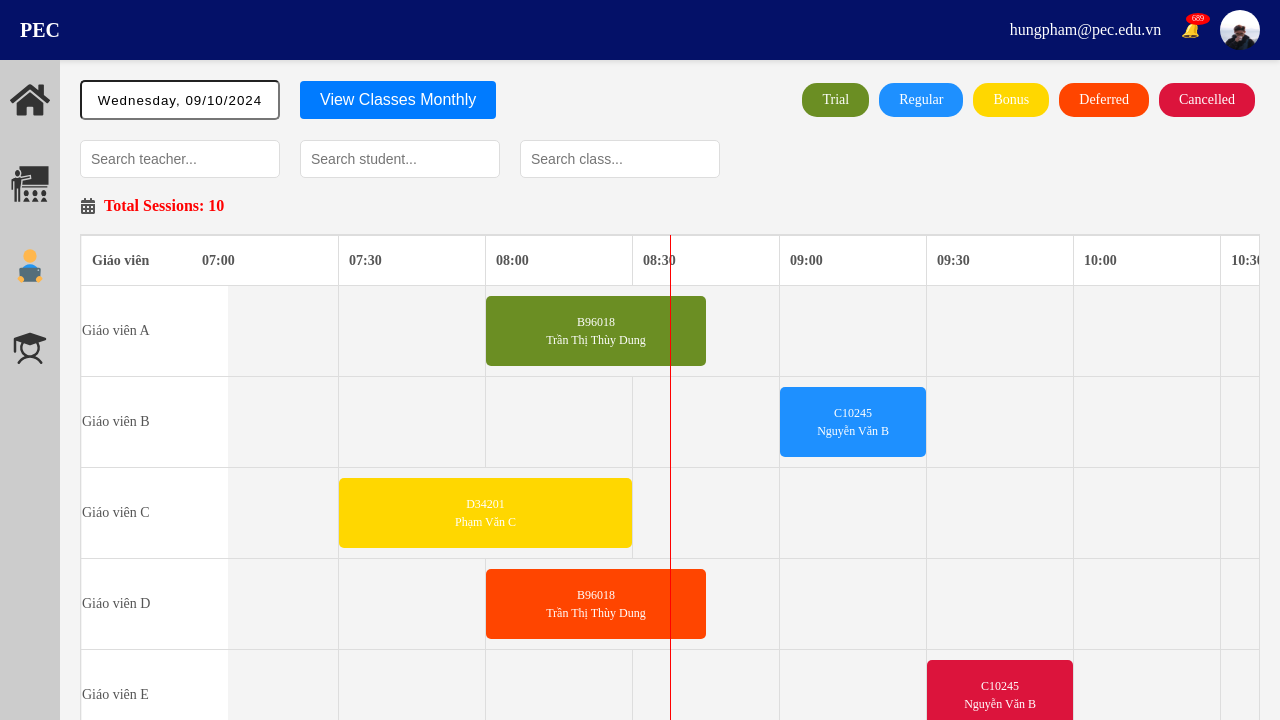
Repository: BitDanceLabels/Bumblebee_BDG
Page: /classes
The author's editor kept a copy of each file at every save. The page is drawn from the files as they stood at one save, then again after the next save.
The browser window is 1280 px wide. The pictures show the whole page.
An inner scrolling area shows only its first screen. The project was rebuilt for these pictures with package versions that can differ from the ones it lists, and the page was loaded fresh each time. Also part of the build but not shown: vite.config.js, src/components/Dashboard/ClassScheduleMonthly.jsx, src/components/modal/ClassBookingModal.jsx, src/components/modal/ClassUpdateBookingModal.jsx, src/components/Management/Booking.jsx, src/components/modal/CreateStudentModal.jsx, src/components/modal/DeactiveModal.jsx, src/components/Student/ListOfStudent.jsx and 23 more. Imported but missing from the stored project, and not drawn on this page: src/MainApp.

Above is the page before, as saved 2024-10-09 14:20:51.

### index.html
<!DOCTYPE html>
<html lang="en">
  <head>
    <meta charset="UTF-8" />
    <link rel="icon" type="image/png" href="./src/assets/main_logo.png" />
    <meta name="viewport" content="width=device-width, initial-scale=1.0" />
    <title>Power English CRM</title>
  </head>
  <body>
    <div id="root"></div>
    <script type="module" src="/src/main.jsx"></script>
  </body>
</html>

### src/main.jsx
import { StrictMode } from 'react'
import { createRoot } from 'react-dom/client'
import MainApp from './pages/MainApp.jsx'
import App from './App.jsx'
import './index.css'

createRoot(document.getElementById('root')).render(
  <StrictMode>
    <MainApp />
  </StrictMode>
)

### src/pages/MainApp.jsx
import React, { useState } from 'react'
import Header from '../components/General/Header'
import Navbar from '../components/General/Navbar'
import ScheduleComponent from '../components/Dashboard/ScheduleComponent'
import ClassScheduleMonthly from '../components/Dashboard/ClassScheduleMonthly'
import Booking from '../components/Management/Booking'
import ListOfStudent from '../components/Student/ListOfStudent'
import ListOfTeacher from '../components/Teacher/ListOfTeacher'
import { BrowserRouter as Router, Route, Routes } from 'react-router-dom'
import styled from 'styled-components'
import TeacherTabs from '../components/Teacher/TeacherTabs'
import StudentProfile from '../components/Student/StudentProfile'
import TeacherRegisterTimeTable from '../components/Teacher/TeacherRegisterTimeTable'
import TeacherTimeTable from '../components/Teacher/TeacherTimeTable'
import CourseInfo from '../components/Student/CourseInfo'
import TicketTabs from '../components/Management/TicketTabs'
import Users from '../components/Management/Users'

function MainApp() {
  const [isHovered, setIsHovered] = useState(false)

  return (
    <Router>
      <MainAppWrapper>
        <HeaderWrapper>
          <Header />
        </HeaderWrapper>
        <div className="main-layout">
          {/* Truyền setIsHovered để cập nhật trạng thái */}
          <NavbarWrapper
            onMouseEnter={() => setIsHovered(true)}
            onMouseLeave={() => setIsHovered(false)}
            isHovered={isHovered}
          >
            {/* Truyền trạng thái isHovered vào Navbar */}
            <Navbar isHovered={isHovered} />
          </NavbarWrapper>
          <ContentWrapper isHovered={isHovered}>
            <Routes>
              <Route path="/classes" element={<ScheduleComponent />} />
              <Route
                path="/class-schedule"
                element={<ClassScheduleMonthly />}
              />
              <Route path="/booking" element={<Booking />} />
              <Route path="/students" element={<ListOfStudent />} />
              <Route path="/teacher" element={<ListOfTeacher />} />
              <Route path="/teacher-profile" element={<TeacherTabs />} />
              <Route path="/student-profile" element={<StudentProfile />} />
              <Route path="/teacher-timetable" element={<TeacherTimeTable />} />
              <Route path="/course-info" element={<CourseInfo />} />
              <Route path="/ticket" element={<TicketTabs />} />
              <Route path="/users" element={<Users />} />
              <Route
                path="/teacher-register"
                element={<TeacherRegisterTimeTable />}
              />
              {/* Add more routes as needed */}
            </Routes>
          </ContentWrapper>
        </div>
      </MainAppWrapper>
    </Router>
  )
}

const MainAppWrapper = styled.main`
  width: 100%;
  display: flex;
  flex-direction: column;
  height: 100vh;

  .main-layout {
    display: flex;
    flex-grow: 1;
  }
`

const HeaderWrapper = styled.header`
  position: fixed;
  top: 0;
  width: 100%;
  z-index: 1000;
  background-color: white;
  box-shadow: 0 2px 5px rgba(0, 0, 0, 0.1);
`

const NavbarWrapper = styled.nav`
  position: fixed;
  top: 60px;
  left: 0;
  height: calc(100vh - 60px);
  width: ${({ isHovered }) => (isHovered ? '250px' : '60px')};
  background-color: #ccc;
  color: white;
  z-index: 1000;
  overflow-y: auto;
  overflow-x: hidden;
  transition: width 0.4s ease, transform 0.4s ease;

  &:hover {
    transform: translateX(0);
  }
`

const ContentWrapper = styled.div`
  margin-top: 60px;
  margin-left: ${({ isHovered }) =>
    isHovered ? '250px' : '60px'}; /* Thay đổi margin khi hover */
  padding: 20px;
  flex-grow: 1;
  background-color: #f4f4f4;
  min-height: 100%;
  overflow-y: auto;
  transition: margin-left 0.4s ease;
`

export default MainApp

### src/components/Dashboard/ScheduleStyle.jsx
import styled from 'styled-components'

// Wrapper for entire component
export const WrapperAll = styled.div`
  width: 100%;
`

// Container for the table
export const TableContainer = styled.div`
  width: 100%;
  max-width: 100vw;
  height: 500px;
  overflow-x: auto;
  overflow-y: auto;
  border: 1px solid #ddd;
  position: relative;
`

export const RedLine = styled.div`
  position: absolute;
  top: 0;
  height: 100%;
  width: 1.2px;
  background-color: red;
  z-index: 1000;
  transition: left 1s linear;
`

export const Table = styled.table`
  width: 5000px;
  border-collapse: collapse;
  table-layout: fixed;
  font-size: 14px;
`

export const TableHeader = styled.th`
  height: 50px;
  position: sticky;
  top: 0;
  background: #f4f4f4;
  padding: 10px;
  border: 1px solid #ddd;
  white-space: nowrap;
  text-align: left;
  z-index: 1;
`

export const StickyTableHeader = styled(TableHeader)`
  left: 0;
  z-index: 3;
  background: white;
`

export const StickyTableCell = styled.td`
  position: sticky;
  left: 0;
  background: white;
  z-index: 2;
  border: 1px solid #ddd;
  white-space: nowrap;
  text-align: left;
  height: 50px;
`

export const TableCell = styled.td`
  height: 70px;
  padding: 10px;
  text-align: left;
  border: 1px solid #ddd;
  white-space: nowrap;
  padding: 10px 0px;
`

export const ClassInfo = styled.div`
  background-color: ${(props) => props.color || '#ddd'};
  color: white;
  padding: 5px;
  border-radius: 5px;
  font-size: 12px;
  text-align: center;
  width: ${(props) =>
    props.colSpanFraction ? `${props.colSpanFraction * 100}%` : '100%'};
  overflow: hidden;
  height: 70px;
  display: flex;
  flex-direction: column;
  justify-content: center;
  align-items: center;
  line-height: 1.5;
`

export const StatusLabel = styled.div`
  display: inline-block;
  background-color: ${(props) => props.color || '#ddd'};
  color: white;
  padding: 10px 20px;
  margin: 0 5px;
  border-radius: 15px;
  font-size: 14px;
`

export const HeaderWrapper = styled.div`
  display: flex;
  justify-content: space-between;
  align-items: center;
  margin-bottom: 20px;
`

export const CustomDatePickerWrapper = styled.div`
  .react-datepicker-wrapper {
    z-index: 1;
  }

  .react-datepicker-popper {
    z-index: 1001;
  }
  .date-picker {
    text-align: center;
    height: 40px;
    border-radius: 5px;
    letter-spacing: 1px;
    width: 200px;
    cursor: pointer;
  }

  .react-datepicker {
    font-size: 12px;
  }

  .react-datepicker__header {
    font-size: 12px;
  }

  .react-datepicker__day,
  .react-datepicker__day-name {
    width: 32px;
    height: 32px;
    line-height: 32px;
  }
`

export const ViewButton = styled.button`
  padding: 10px 20px;
  margin: 0 20px;
  background-color: #007bff;
  color: white;
  border: none;
  border-radius: 4px;
  cursor: pointer;
  font-size: 16px;
  &:hover {
    background-color: #0056b3;
  }
`

### src/shared/functions.jsx
// utils.js

// Generate time slots for the schedule
export const generateTimeslots = (startTime, endTime, step) => {
  const timeslots = []
  let currentHour = startTime
  let currentMinute = 0

  while (
    currentHour < endTime ||
    (currentHour === endTime && currentMinute === 0)
  ) {
    const hour = currentHour.toString().padStart(2, '0')
    const minute = currentMinute.toString().padStart(2, '0')
    timeslots.push(`${hour}:${minute}`)

    currentMinute += step
    if (currentMinute >= 60) {
      currentMinute = 0
      currentHour++
    }
  }
  return timeslots
}

// Calculate the colspan based on class duration
export const calculateColSpan = (duration) => {
  const timeslotDuration = 30
  return duration / timeslotDuration
}

// Map class type to color
export const getClassColor = (type) => {
  switch (type) {
    case 1:
      return '#6b8e23' // Trial
    case 2:
      return '#1e90ff' // Regular
    case 3:
      return '#ffd700' // Bonus
    case 4:
      return '#ff4500' // Deferred
    case 5:
      return '#dc143c' // Cancelled
    default:
      return '#ddd' // Default color
  }
}

// Calculate the current time position for the red line
export const calculateCurrentTimePosition = () => {
  const currentTime = new Date()
  const currentHours = currentTime.getHours()
  const currentMinutes = currentTime.getMinutes()

  const currentTotalMinutes = currentHours * 60 + currentMinutes
  const startTime = 7 * 60 // 07:00
  const endTime = 23 * 60 + 30 // 23:30

  if (currentTotalMinutes < startTime || currentTotalMinutes > endTime) {
    return null
  }

  const totalTableMinutes = endTime - startTime
  const timePassedMinutes = currentTotalMinutes - startTime
  const positionPercent = ((timePassedMinutes + 10) / totalTableMinutes) * 100

  return positionPercent
}

export const teachers = [
  {
    name: 'Giáo viên A',
    schedule: {
      '08:00': {
        code: 'B96018',
        teacher: 'Trần Thị Thùy Dung',
        duration: 45,
        type: 1
      }
    }
  },
  {
    name: 'Giáo viên B',
    schedule: {
      '09:00': {
        code: 'C10245',
        teacher: 'Nguyễn Văn B',
        duration: 30,
        type: 2
      }
    }
  },
  {
    name: 'Giáo viên C',
    schedule: {
      '07:30': { code: 'D34201', teacher: 'Phạm Văn C', duration: 60, type: 3 },
      '11:30': { code: 'D34201', teacher: 'Phạm Văn C', duration: 60, type: 3 }
    }
  },
  {
    name: 'Giáo viên D',
    schedule: {
      '08:00': {
        code: 'B96018',
        teacher: 'Trần Thị Thùy Dung',
        duration: 45,
        type: 4
      }
    }
  },
  {
    name: 'Giáo viên E',
    schedule: {
      '09:30': {
        code: 'C10245',
        teacher: 'Nguyễn Văn B',
        duration: 30,
        type: 5
      }
    }
  },
  {
    name: 'Giáo viên F',
    schedule: {
      '10:30': { code: 'D34201', teacher: 'Phạm Văn C', duration: 60, type: 2 }
    }
  },
  {
    name: 'Giáo viên G',
    schedule: {
      '08:30': {
        code: 'B96018',
        teacher: 'Trần Thị Thùy Dung',
        duration: 45,
        type: 1
      }
    }
  },
  {
    name: 'Giáo viên H',
    schedule: {
      '10:00': {
        code: 'C10245',
        teacher: 'Nguyễn Văn B',
        duration: 30,
        type: 3
      }
    }
  },
  {
    name: 'Giáo viên J',
    schedule: {
      '07:30': { code: 'D34201', teacher: 'Phạm Văn C', duration: 60, type: 4 }
    }
  }
]

Loaded but not shown: src/components/Dashboard/ScheduleComponent.jsx (404 lines, source omitted); src/components/General/Navbar.jsx (235 lines, source omitted); src/components/General/Header.jsx (236 lines, source omitted); src/index.css (305 lines, source omitted)

After the next save:
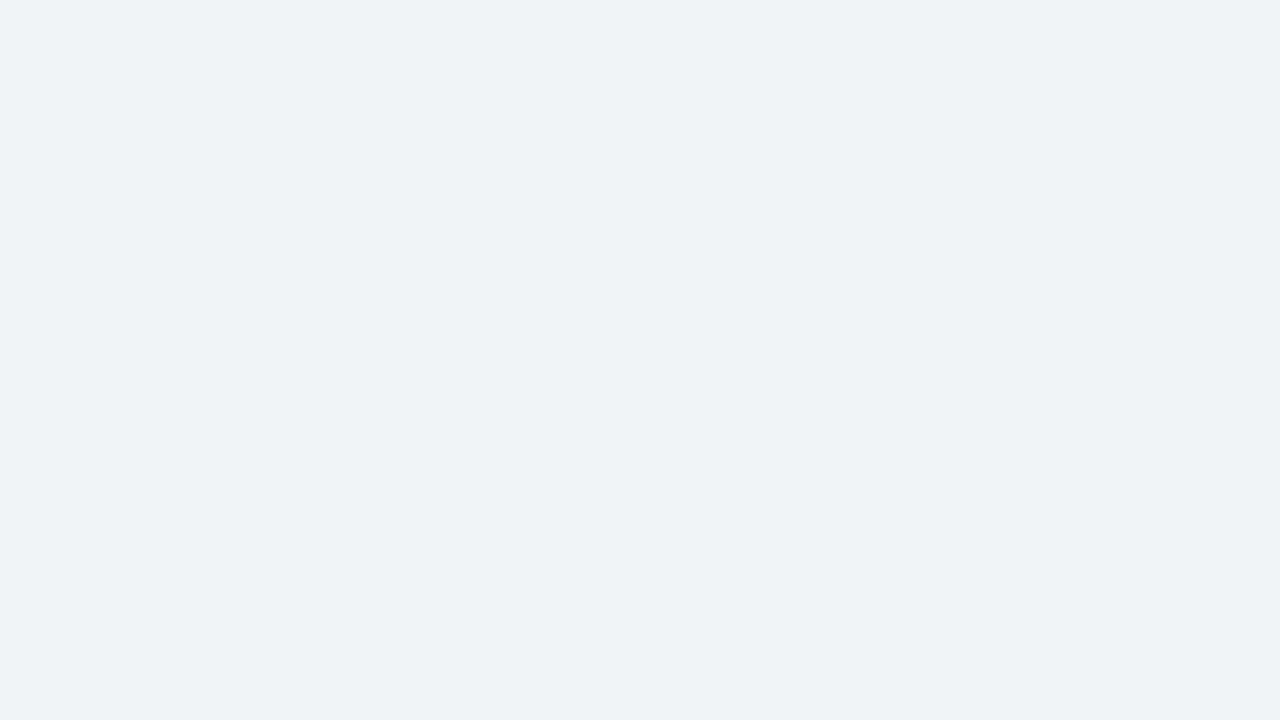
Console error: TypeError: Cannot destructure property 'basename' of 'React8.useContext(...)' as it is null.
Saved 16 s later.
--- a/src/pages/MainApp.jsx
+++ b/src/pages/MainApp.jsx
@@ -6,7 +6,7 @@
 import Booking from '../components/Management/Booking'
 import ListOfStudent from '../components/Student/ListOfStudent'
 import ListOfTeacher from '../components/Teacher/ListOfTeacher'
-import { BrowserRouter as Router, Route, Routes } from 'react-router-dom'
+import { Route, Routes } from 'react-router-dom'
 import styled from 'styled-components'
 import TeacherTabs from '../components/Teacher/TeacherTabs'
 import StudentProfile from '../components/Student/StudentProfile'
@@ -20,47 +20,40 @@
   const [isHovered, setIsHovered] = useState(false)
 
   return (
-    <Router>
-      <MainAppWrapper>
-        <HeaderWrapper>
-          <Header />
-        </HeaderWrapper>
-        <div className="main-layout">
-          {/* Truyền setIsHovered để cập nhật trạng thái */}
-          <NavbarWrapper
-            onMouseEnter={() => setIsHovered(true)}
-            onMouseLeave={() => setIsHovered(false)}
-            isHovered={isHovered}
-          >
-            {/* Truyền trạng thái isHovered vào Navbar */}
-            <Navbar isHovered={isHovered} />
-          </NavbarWrapper>
-          <ContentWrapper isHovered={isHovered}>
-            <Routes>
-              <Route path="/classes" element={<ScheduleComponent />} />
-              <Route
-                path="/class-schedule"
-                element={<ClassScheduleMonthly />}
-              />
-              <Route path="/booking" element={<Booking />} />
-              <Route path="/students" element={<ListOfStudent />} />
-              <Route path="/teacher" element={<ListOfTeacher />} />
-              <Route path="/teacher-profile" element={<TeacherTabs />} />
-              <Route path="/student-profile" element={<StudentProfile />} />
-              <Route path="/teacher-timetable" element={<TeacherTimeTable />} />
-              <Route path="/course-info" element={<CourseInfo />} />
-              <Route path="/ticket" element={<TicketTabs />} />
-              <Route path="/users" element={<Users />} />
-              <Route
-                path="/teacher-register"
-                element={<TeacherRegisterTimeTable />}
-              />
-              {/* Add more routes as needed */}
-            </Routes>
-          </ContentWrapper>
-        </div>
-      </MainAppWrapper>
-    </Router>
+    <MainAppWrapper>
+      <HeaderWrapper>
+        <Header />
+      </HeaderWrapper>
+      <div className="main-layout">
+        <NavbarWrapper
+          onMouseEnter={() => setIsHovered(true)}
+          onMouseLeave={() => setIsHovered(false)}
+          isHovered={isHovered}
+        >
+          <Navbar isHovered={isHovered} />
+        </NavbarWrapper>
+        <ContentWrapper isHovered={isHovered}>
+          <Routes>
+            <Route path="/classes" element={<ScheduleComponent />} />
+            <Route path="/class-schedule" element={<ClassScheduleMonthly />} />
+            <Route path="/booking" element={<Booking />} />
+            <Route path="/students" element={<ListOfStudent />} />
+            <Route path="/teacher" element={<ListOfTeacher />} />
+            <Route path="/teacher-profile" element={<TeacherTabs />} />
+            <Route path="/student-profile" element={<StudentProfile />} />
+            <Route path="/teacher-timetable" element={<TeacherTimeTable />} />
+            <Route path="/course-info" element={<CourseInfo />} />
+            <Route path="/ticket" element={<TicketTabs />} />
+            <Route path="/users" element={<Users />} />
+            <Route
+              path="/teacher-register"
+              element={<TeacherRegisterTimeTable />}
+            />
+            {/* Add more routes as needed */}
+          </Routes>
+        </ContentWrapper>
+      </div>
+    </MainAppWrapper>
   )
 }
 

After the save that followed:
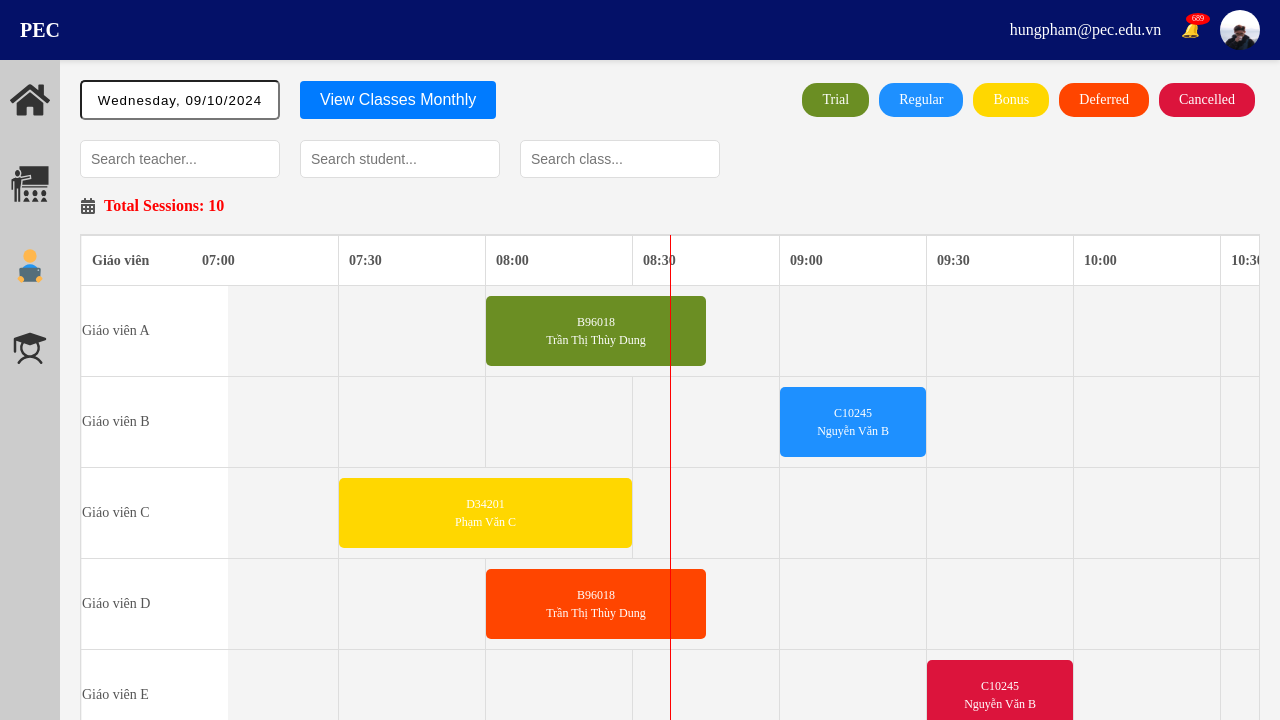
The error is gone.
Saved 3 min 29 s later.
--- a/src/pages/MainApp.jsx
+++ b/src/pages/MainApp.jsx
@@ -6,7 +6,7 @@
 import Booking from '../components/Management/Booking'
 import ListOfStudent from '../components/Student/ListOfStudent'
 import ListOfTeacher from '../components/Teacher/ListOfTeacher'
-import { Route, Routes } from 'react-router-dom'
+import { BrowserRouter as Router, Route, Routes } from 'react-router-dom'
 import styled from 'styled-components'
 import TeacherTabs from '../components/Teacher/TeacherTabs'
 import StudentProfile from '../components/Student/StudentProfile'
@@ -20,40 +20,47 @@
   const [isHovered, setIsHovered] = useState(false)
 
   return (
-    <MainAppWrapper>
-      <HeaderWrapper>
-        <Header />
-      </HeaderWrapper>
-      <div className="main-layout">
-        <NavbarWrapper
-          onMouseEnter={() => setIsHovered(true)}
-          onMouseLeave={() => setIsHovered(false)}
-          isHovered={isHovered}
-        >
-          <Navbar isHovered={isHovered} />
-        </NavbarWrapper>
-        <ContentWrapper isHovered={isHovered}>
-          <Routes>
-            <Route path="/classes" element={<ScheduleComponent />} />
-            <Route path="/class-schedule" element={<ClassScheduleMonthly />} />
-            <Route path="/booking" element={<Booking />} />
-            <Route path="/students" element={<ListOfStudent />} />
-            <Route path="/teacher" element={<ListOfTeacher />} />
-            <Route path="/teacher-profile" element={<TeacherTabs />} />
-            <Route path="/student-profile" element={<StudentProfile />} />
-            <Route path="/teacher-timetable" element={<TeacherTimeTable />} />
-            <Route path="/course-info" element={<CourseInfo />} />
-            <Route path="/ticket" element={<TicketTabs />} />
-            <Route path="/users" element={<Users />} />
-            <Route
-              path="/teacher-register"
-              element={<TeacherRegisterTimeTable />}
-            />
-            {/* Add more routes as needed */}
-          </Routes>
-        </ContentWrapper>
-      </div>
-    </MainAppWrapper>
+    <Router>
+      <MainAppWrapper>
+        <HeaderWrapper>
+          <Header />
+        </HeaderWrapper>
+        <div className="main-layout">
+          {/* Truyền setIsHovered để cập nhật trạng thái */}
+          <NavbarWrapper
+            onMouseEnter={() => setIsHovered(true)}
+            onMouseLeave={() => setIsHovered(false)}
+            isHovered={isHovered}
+          >
+            {/* Truyền trạng thái isHovered vào Navbar */}
+            <Navbar isHovered={isHovered} />
+          </NavbarWrapper>
+          <ContentWrapper isHovered={isHovered}>
+            <Routes>
+              <Route path="/classes" element={<ScheduleComponent />} />
+              <Route
+                path="/class-schedule"
+                element={<ClassScheduleMonthly />}
+              />
+              <Route path="/booking" element={<Booking />} />
+              <Route path="/students" element={<ListOfStudent />} />
+              <Route path="/teacher" element={<ListOfTeacher />} />
+              <Route path="/teacher-profile" element={<TeacherTabs />} />
+              <Route path="/student-profile" element={<StudentProfile />} />
+              <Route path="/teacher-timetable" element={<TeacherTimeTable />} />
+              <Route path="/course-info" element={<CourseInfo />} />
+              <Route path="/ticket" element={<TicketTabs />} />
+              <Route path="/users" element={<Users />} />
+              <Route
+                path="/teacher-register"
+                element={<TeacherRegisterTimeTable />}
+              />
+              {/* Add more routes as needed */}
+            </Routes>
+          </ContentWrapper>
+        </div>
+      </MainAppWrapper>
+    </Router>
   )
 }
 
